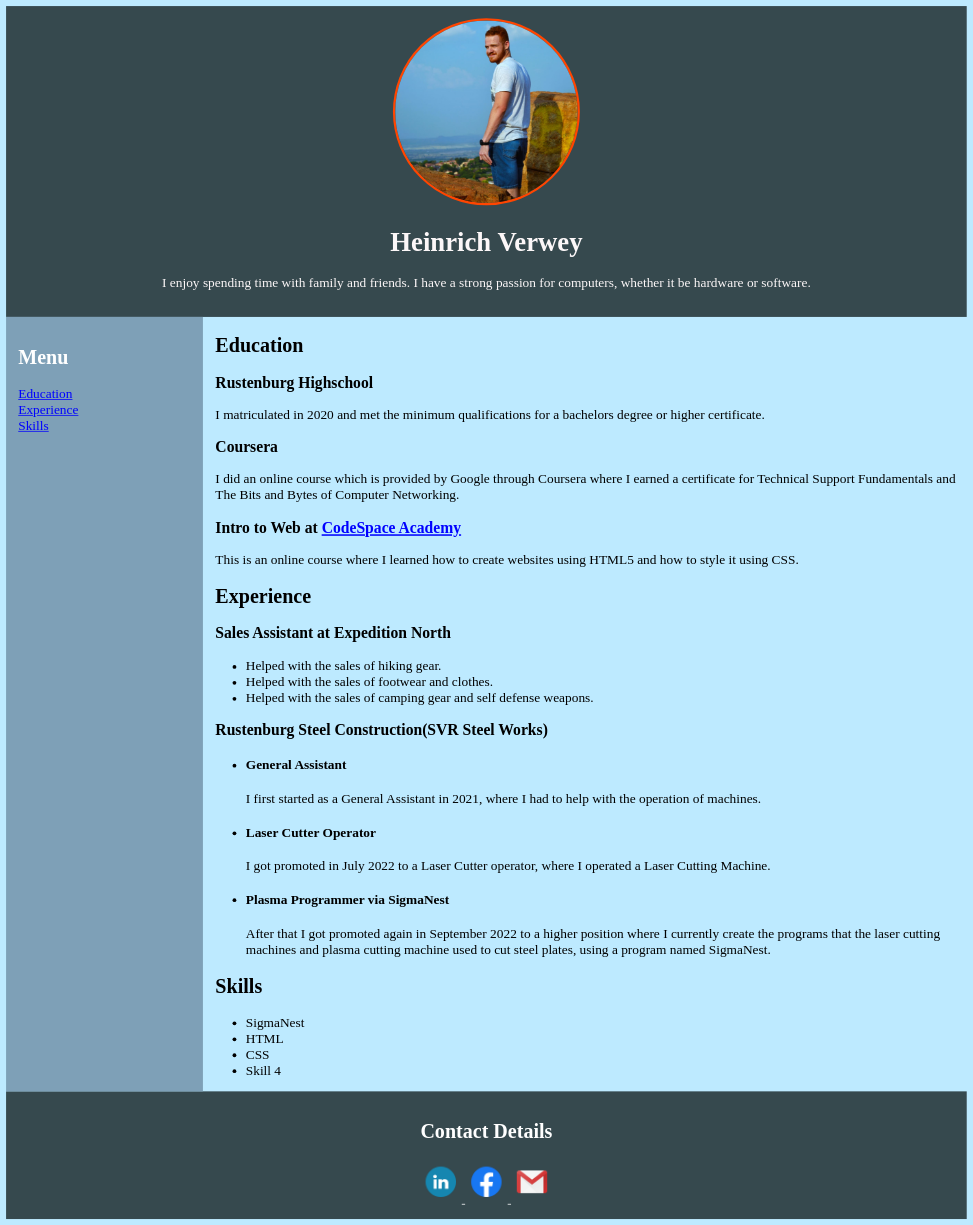
Repository: W3asl3y/IntroToWebDesign
Page: index.html
The author's editor kept a copy of each file at every save. The page is drawn from the files as they stood at one save, then again after the next save.
The browser window is 1280 px wide. The pictures show the whole page, at 76% of full size.

Above is the page before, as saved 2022-11-01 22:41:02.

### index.html
<!DOCTYPE html>
<html lang="en">
    <head>
        <meta charset="UTF-8">
        <meta http-equiv="X-UA-Compatible" content="IE=edge">
        <meta name="viewport" content="width=device-width, initial-scale=1.0">
        <title>
            My Resume
        </title>
        <link rel="stylesheet" type="text/css" href="css/stylesheet.css">

    </head>
    <body>
        <header id="heading">
            <img id="profile_picture" src="images/heinrich.jpg" alt="My profile picture" >
            <h1>
                 Heinrich Verwey
            </h1>
            <p>
                I enjoy spending time with family and friends. I have a strong passion for computers, whether it be hardware or software.
            </p>
        </header>
        <main>
            <div id="sidebar">
                <nav>
                    <h2 id="menu">
                        Menu
                    </h2>
                    <ul class="nav-menu">
                        <li>
                            <a href="#education"> Education </a>
                        </li>
                        <li>
                            <a href="#experience"> Experience </a>
                        </li>
                        <li>
                            <a href="#skills"> Skills </a>
                        </li>
                    </ul>
                </nav>
            </div>
            <div id="contents">
                <h2 id=education>
                    Education
                </h2>
                <h3>
                    Rustenburg Highschool
                </h3>
                <p>
                    I matriculated in 2020 and met the minimum qualifications for a bachelors degree or higher certificate.
                </p>
                <h3>
                    Coursera
                </h3>
                <p>
                    I did an online course which is provided by Google through Coursera where I earned a certificate for Technical Support Fundamentals and The Bits and Bytes of Computer Networking.
                </p>
                <h3>
                    Intro to Web at <a href="https://www.codespace.co.za/courses/frontend-web-development/">CodeSpace Academy</a>
                </h3>
                <p>
                    This is an online course where I learned how to create websites using HTML5 and how to style it using CSS.
                </p>
                </h3>
                <h2 id="experience">
                    Experience
                </h2>
                <h3>
                    Sales Assistant at Expedition North
                </h3>
                <ul>
                    <li>
                        Helped with the sales of hiking gear.
                    </li>
                    <li>
                        Helped with the sales of footwear and clothes.
                    </li>
                    <li>
                        Helped with the sales of camping gear and self defense weapons.
                    </li>
                </ul>
                <h3>
                    Rustenburg Steel Construction(SVR Steel Works)
                </h3>
                <ul>
                    <li>
                        <h4>
                            General Assistant
                        </h4>
                            <p>
                                I first started as a General Assistant in 2021, where I had to help with the operation of machines.
                            </p>
                    </li>
                    <li>
                        <h4>
                            Laser Cutter Operator
                        </h4>
                            <p>
                                I got promoted in July 2022 to a Laser Cutter operator, where I operated a Laser Cutting Machine.
                            </p>
                    </li>
                    <li>
                        <h4>
                            Plasma Programmer via SigmaNest
                        </h4>
                            <p>
                                After that I got promoted again in September 2022 to a higher position where I currently create the programs that the laser cutting machines and plasma cutting machine used to cut steel plates, using a program named SigmaNest.
                            </p>
                    </li>
                </ul>
                <h2 id="skills">
                    Skills
                </h2>
                <ul>
                    <li>
                        SigmaNest
                    </li>
                    <li>
                        HTML
                    </li>
                    <li>
                        CSS
                    </li>
                    <li>
                        Skill 4
                    </li>
                </ul>
            </div>
        </main>
        <footer class="footer">
            <h2>
                Contact Details
            </h2>
                <a href="https://www.linkedin.com/in/heinrich-verwey-1627a7205/" target="_blank">
                    <img class="my_contacts" src="Images\LinkedIn.webp" alt="My LinkedIn">
                </a>
                <a  href="https://www.facebook.com/heinrich.verwey.79/" target="_blank">
                    <img class="my_contacts" src="Images\Facebook.webp" alt="LinkedIn" alt=" My Facebook">
                </a>
                <a href="mailto:verwey41@gmail.com" target="_blank">
                    <img class="my_contacts" src="Images\Gmail.webp" alt="My Email">
                </a>
        </footer>
    </body>
</html

### CSS/stylesheet.css
body{
     font-family:serif,sans-serif;
     font-size:110%;
     background-color: #bdeaff;
     display: flex;
     flex-direction: column;
}

main {
     display: flex;
     flex-direction: row;
     overflow: unset;
}

header {
     text-align: center;
    -webkit-text-fill-color: #FCF7F8;
     background-color: #36494e;
     padding: 1rem;
}

#profile_picture {
     width: 15rem;
     border-radius: 50%;
     border: 3px solid orangered;
}

#sidebar {
    background-color: #7ea0b7;
    width: 30%  ;
    padding: 1rem;
    position: sticky;
}

#menu {
     -webkit-text-fill-color:white ;
}

.nav-menu {
     list-style: none;
     padding: 0%;

}

#contents {
     padding-left: 1rem;
}

a:link {
     color: blue;
}

a:visited {
     color: blue;
}

.my_contacts {
     width: 40px;
     padding: 0.5rem;
}



footer {
     background-color: #36494e;
     text-align: center;
     -webkit-text-fill-color: white;
     padding: 1rem;
     justify-content: center;
}

After the next save:
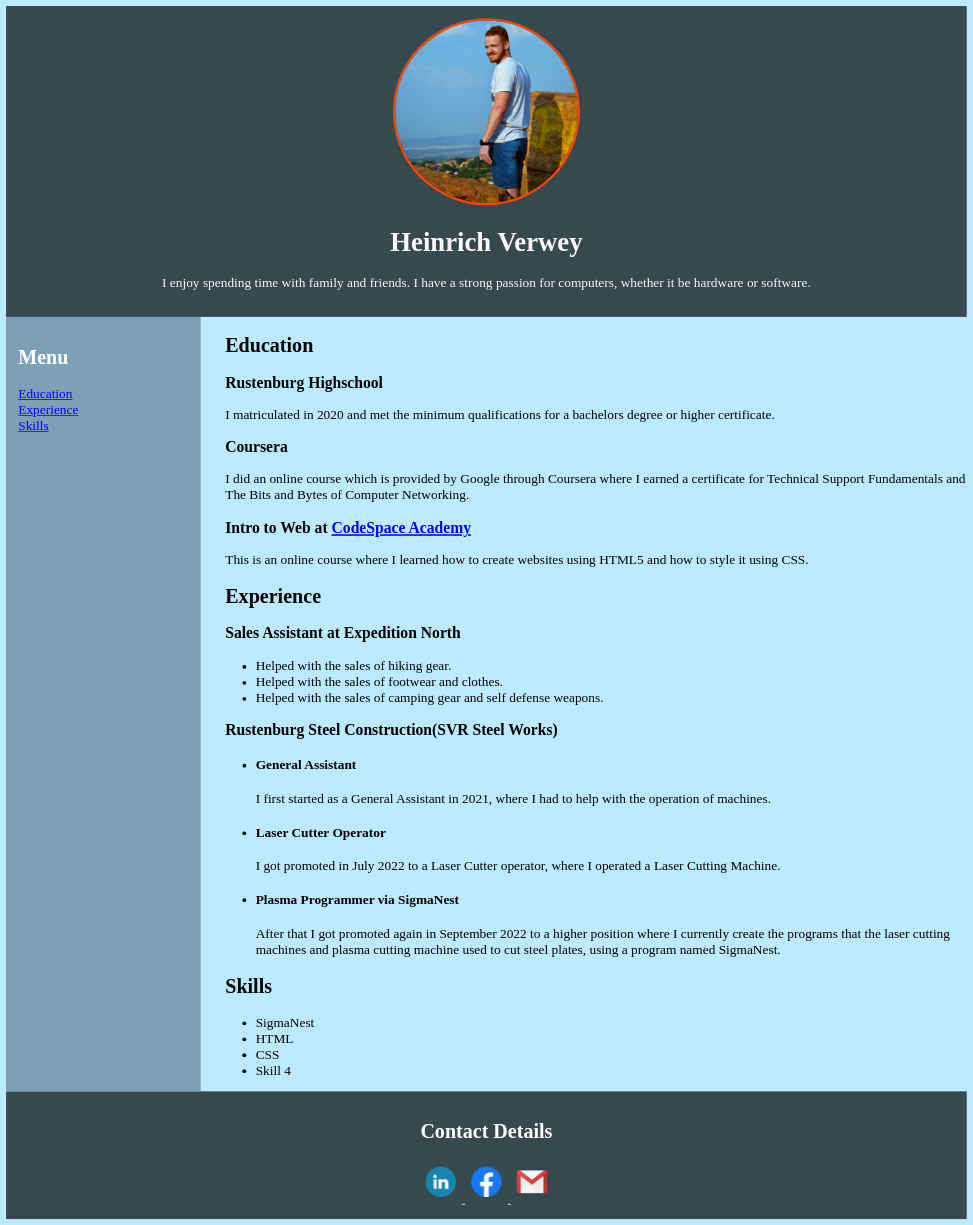
Saved 5 s later.
--- a/CSS/stylesheet.css
+++ b/CSS/stylesheet.css
@@ -43,7 +43,7 @@ header {
 }
 
 #contents {
-     padding-left: 1rem;
+     padding-left: 2rem;
 }
 
 a:link {
